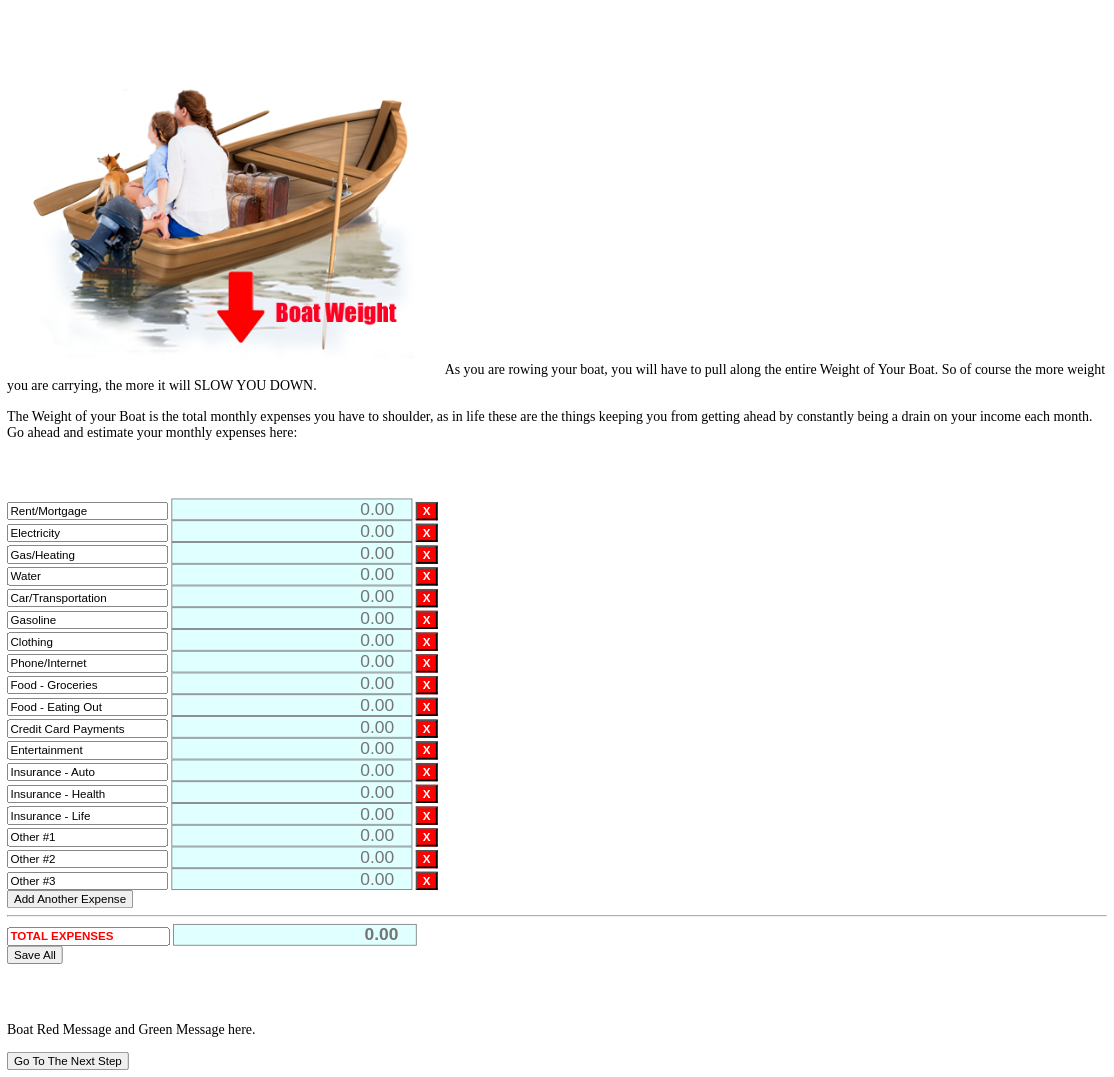
Repository: DevZubair/Danh-App
Page: www/templates/boat-weight.html
The author's editor kept a record of every edit. The page is drawn from the files as they stood at one moment, then again after the next edit.
The browser window is 1280 px wide. The pictures show the whole page, at 87% of full size.

Above is the page before.

### www/templates/boat-weight.html
<!--<ion-view view-title="Boat Weight">
  <ion-content>-->


    <div class="card">

      <div class="item item-divider item-royal">
        <h2 style="color:white">Your Boat's Weight</h2>
      </div>

      <div class="item item-text-wrap">
       <div class="row">
        <div class="col">
          <img src="img/BoatWeight.png" class="images-right-50"></img>
           As you are rowing your boat, you will have to pull along the entire <span class="red-bold">Weight</span> of Your Boat.  So of course the more weight you are carrying, the more it will <span class="red-bold">SLOW YOU DOWN</span>.<br><br>

           The Weight of your Boat is the total monthly expenses you have to shoulder, as in life these are the things keeping you from getting ahead by constantly being a drain on your income each month.  Go ahead and estimate your monthly expenses here:
        </div>
      </div>
      </div>

      <div class="item item-divider item-royal">
        <h2 style="color:white">Boat Weight Calculator</h2>
      </div>

      <div class="item item-text-wrap">
        <div class="list">

          <div class="row">
            <input class="col col-50 calc-label" value="Rent/Mortgage">
            <input class="col col-30" style="font-size: 20px; background-color:lightcyan; padding:0 5px; text-align:right; border:1px solid gray"  placeholder="0.00" type="number">
            <button class="col col-10" style="color:white; font-weight:bold; background-color:red">X</button>
          </div>

          <div class="row">
            <input class="col col-50 calc-label" value="Electricity">
            <input class="col col-30" style="font-size: 20px; background-color:lightcyan; padding:0 5px; text-align:right; border:1px solid gray"  placeholder="0.00" type="number">
            <button class="col col-10" style="color:white; font-weight:bold; background-color:red">X</button>
          </div>

          <div class="row">
            <input class="col col-50 calc-label" value="Gas/Heating">
            <input class="col col-30" style="font-size: 20px; background-color:lightcyan; padding:0 5px; text-align:right; border:1px solid gray"  placeholder="0.00" type="number">
            <button class="col col-10" style="color:white; font-weight:bold; background-color:red">X</button>
          </div>

          <div class="row">
            <input class="col col-50 calc-label" value="Water">
            <input class="col col-30" style="font-size: 20px; background-color:lightcyan; padding:0 5px; text-align:right; border:1px solid gray"  placeholder="0.00" type="number">
            <button class="col col-10" style="color:white; font-weight:bold; background-color:red">X</button>
          </div>

          <div class="row">
            <input class="col col-50 calc-label" value="Car/Transportation">
            <input class="col col-30" style="font-size: 20px; background-color:lightcyan; padding:0 5px; text-align:right; border:1px solid gray"  placeholder="0.00" type="number">
            <button class="col col-10" style="color:white; font-weight:bold; background-color:red">X</button>
          </div>

          <div class="row">
            <input class="col col-50 calc-label" value="Gasoline">
            <input class="col col-30" style="font-size: 20px; background-color:lightcyan; padding:0 5px; text-align:right; border:1px solid gray"  placeholder="0.00" type="number">
            <button class="col col-10" style="color:white; font-weight:bold; background-color:red">X</button>
          </div>

          <div class="row">
            <input class="col col-50 calc-label" value="Clothing">
            <input class="col col-30" style="font-size: 20px; background-color:lightcyan; padding:0 5px; text-align:right; border:1px solid gray"  placeholder="0.00" type="number">
            <button class="col col-10" style="color:white; font-weight:bold; background-color:red">X</button>
          </div>

          <div class="row">
            <input class="col col-50 calc-label" value="Phone/Internet">
            <input class="col col-30" style="font-size: 20px; background-color:lightcyan; padding:0 5px; text-align:right; border:1px solid gray"  placeholder="0.00" type="number">
            <button class="col col-10" style="color:white; font-weight:bold; background-color:red">X</button>
          </div>

          <div class="row">
            <input class="col col-50 calc-label" value="Food - Groceries">
            <input class="col col-30" style="font-size: 20px; background-color:lightcyan; padding:0 5px; text-align:right; border:1px solid gray"  placeholder="0.00" type="number">
            <button class="col col-10" style="color:white; font-weight:bold; background-color:red">X</button>
          </div>

          <div class="row">
            <input class="col col-50 calc-label" value="Food - Eating Out">
            <input class="col col-30" style="font-size: 20px; background-color:lightcyan; padding:0 5px; text-align:right; border:1px solid gray"  placeholder="0.00" type="number">
            <button class="col col-10" style="color:white; font-weight:bold; background-color:red">X</button>
          </div>

          <div class="row">
            <input class="col col-50 calc-label" value="Credit Card Payments">
            <input class="col col-30" style="font-size: 20px; background-color:lightcyan; padding:0 5px; text-align:right; border:1px solid gray"  placeholder="0.00" type="number">
            <button class="col col-10" style="color:white; font-weight:bold; background-color:red">X</button>
          </div>

          <div class="row">
            <input class="col col-50 calc-label" value="Entertainment">
            <input class="col col-30" style="font-size: 20px; background-color:lightcyan; padding:0 5px; text-align:right; border:1px solid gray"  placeholder="0.00" type="number">
            <button class="col col-10" style="color:white; font-weight:bold; background-color:red">X</button>
          </div>

          <div class="row">
            <input class="col col-50 calc-label" value="Insurance - Auto">
            <input class="col col-30" style="font-size: 20px; background-color:lightcyan; padding:0 5px; text-align:right; border:1px solid gray"  placeholder="0.00" type="number">
            <button class="col col-10" style="color:white; font-weight:bold; background-color:red">X</button>
          </div>

          <div class="row">
            <input class="col col-50 calc-label" value="Insurance - Health">
            <input class="col col-30" style="font-size: 20px; background-color:lightcyan; padding:0 5px; text-align:right; border:1px solid gray"  placeholder="0.00" type="number">
            <button class="col col-10" style="color:white; font-weight:bold; background-color:red">X</button>
          </div>

          <div class="row">
            <input class="col col-50 calc-label" value="Insurance - Life">
            <input class="col col-30" style="font-size: 20px; background-color:lightcyan; padding:0 5px; text-align:right; border:1px solid gray"  placeholder="0.00" type="number">
            <button class="col col-10" style="color:white; font-weight:bold; background-color:red">X</button>
          </div>

          <div class="row">
            <input class="col col-50 calc-label" value="Other #1">
            <input class="col col-30" style="font-size: 20px; background-color:lightcyan; padding:0 5px; text-align:right; border:1px solid gray"  placeholder="0.00" type="number">
            <button class="col col-10" style="color:white; font-weight:bold; background-color:red">X</button>
          </div>

          <div class="row">
            <input class="col col-50 calc-label" value="Other #2">
            <input class="col col-30" style="font-size: 20px; background-color:lightcyan; padding:0 5px; text-align:right; border:1px solid gray"  placeholder="0.00" type="number">
            <button class="col col-10" style="color:white; font-weight:bold; background-color:red">X</button>
          </div>

          <div class="row">
            <input class="col col-50 calc-label" value="Other #3">
            <input class="col col-30" style="font-size: 20px; background-color:lightcyan; padding:0 5px; text-align:right; border:1px solid gray"  placeholder="0.00" type="number">
            <button class="col col-10" style="color:white; font-weight:bold; background-color:red">X</button>
          </div>
        </div>


<div class="row">
  <div class="col col-50">
    <button class="button button-block button-balanced" >Add Another Expense</button>
  </div>
</div>




            <hr>

        <div class="list">
          <div class="row">
            <input class="col col-50 calc-label" value="TOTAL EXPENSES" style="color:red;font-weight:bold">
            <input class="col col-30" style="font-weight:bold; font-size: 20px; background-color:lightcyan; padding:0 5px; text-align:right; border:1px solid gray"  placeholder="0.00" type="number">
            <div class="col col-10"></div>
          </div>
        </div

<div class="row">
  <div class="col col-50">
    <button class="button button-block button-balanced" >Save All</button>
  </div>
</div>


      <div class="item item-divider item-royal">
        <h2 style="color:white">Boat Weight Summary</h2>
      </div>

            <div class="item item-text-wrap">
        <p>
        Boat Red Message and Green Message here.</p>
      </div>

    </div>

    <div class="padding">
      <button class="button button-balanced icon-right ion-chevron-right button-Next">Go To The Next Step</button>
    </div>

  <!--<ion-content>
</ion-view>-->

After the next edit:
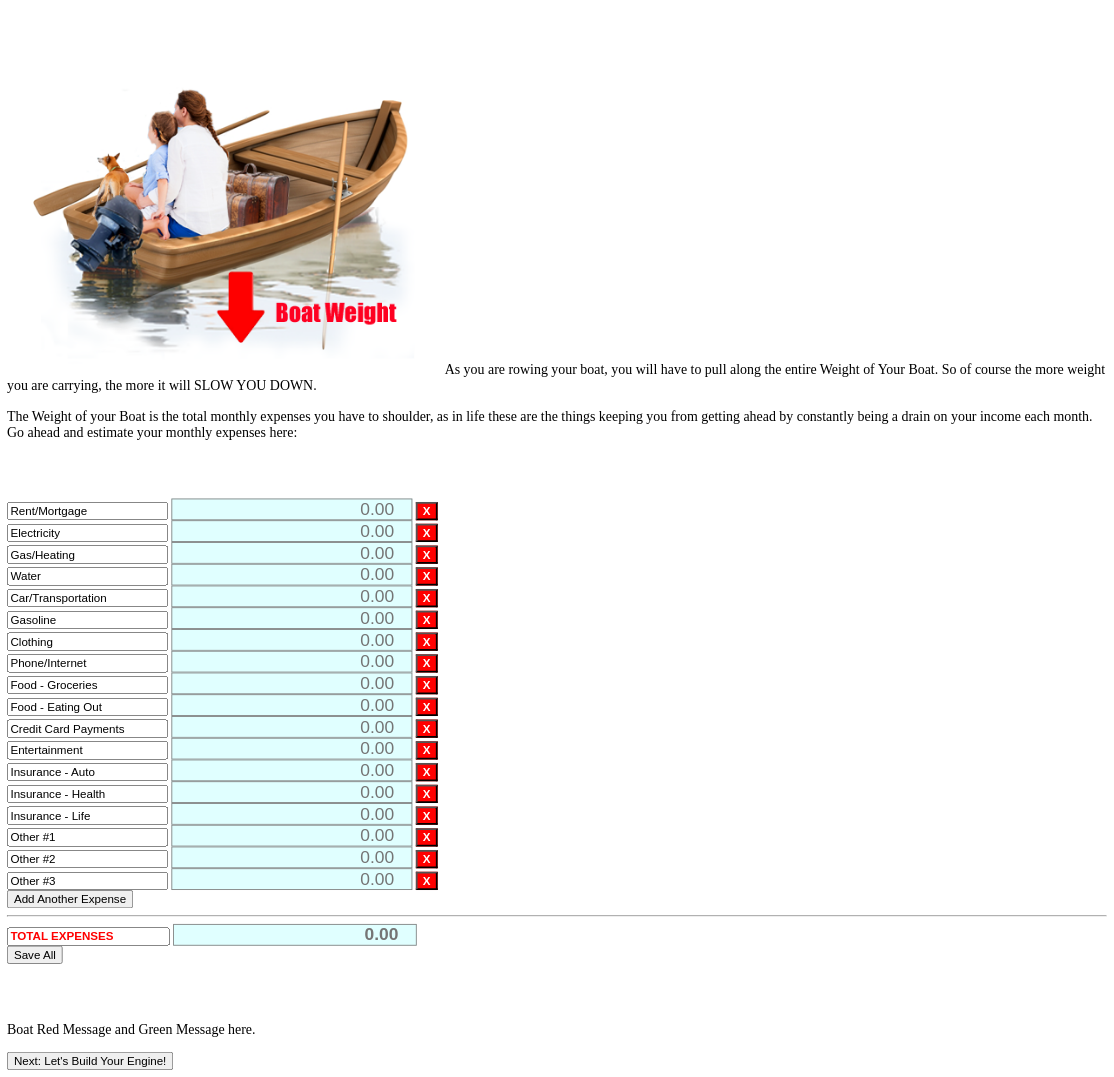
The edit:
--- a/www/templates/boat-weight.html
+++ b/www/templates/boat-weight.html
@@ -174,7 +174,7 @@
     </div>
 
     <div class="padding">
-      <button class="button button-balanced icon-right ion-chevron-right button-Next">Go To The Next Step</button>
+      <button class="button button-balanced icon-right ion-chevron-right button-Next" ui-sref="members.boat.engines">Next: Let's Build Your Engine!  </button>
     </div>
 
   <!--<ion-content>
